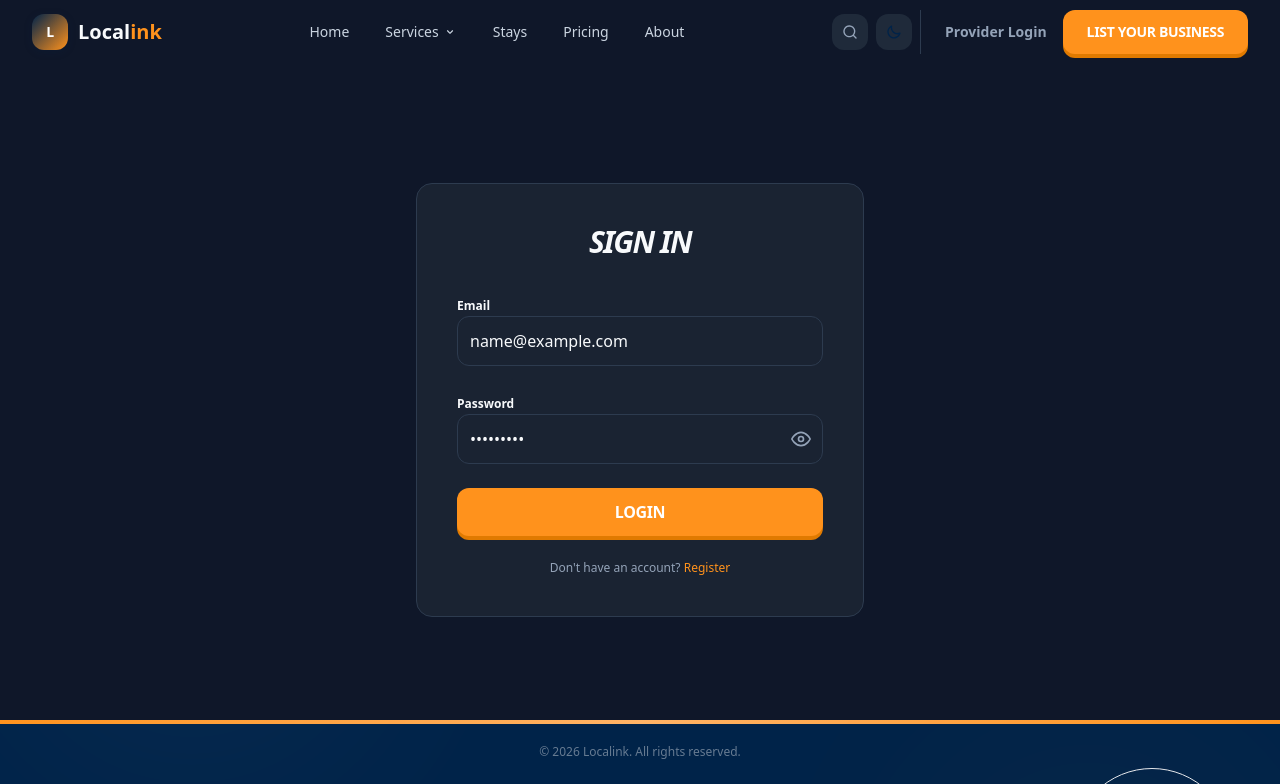
Repository: Paavo12/Localink
Page: frontend/login.html
The author's editor kept a copy of each file at every save. The page is drawn from the files as they stood at one save, then again after the next save.
The browser window is 1280 px wide. The pictures show the whole page.
Empty fields were first filled with sample values (such as "Sample", 5 or name@example.com).
After loading, the first visible `#loginForm` was submitted once.
The page's requests for data from a server got no answer. Some web fonts or font styles are not loaded; a fallback is used. Some web libraries are served in a nearby version.

Above is the page before, as saved 2026-06-25 11:12:54.

### frontend/login.html
<!DOCTYPE html>
<html lang="en" class="dark">
<head>
  <meta charset="UTF-8">
  <meta name="viewport" content="width=device-width, initial-scale=1.0">
  <title>Login – Localink</title>
  <script src="https://cdn.tailwindcss.com"></script>
  <link rel="stylesheet" href="styles.css">
  <!-- Favicon -->
<link rel="icon" type="image/svg+xml" href="/favicon.svg">
<link rel="alternate icon" href="/favicon.ico">
<link rel="apple-touch-icon" href="/apple-touch-icon.png">
  <link rel="stylesheet" href="https://fonts.googleapis.com/css2?family=General+Sans:ital,wght@0,200..700;1,200..700&display=swap">
  <script src="script.js" defer></script>
</head>
<body class="font-body antialiased bg-[var(--background)] text-[var(--foreground)]">

  <!-- ======== NAVBAR ======== -->
  <header class="fixed top-0 left-0 right-0 z-50 transition-all duration-300 bg-transparent">
    <div class="mx-auto w-full px-4 sm:px-6 lg:px-8 max-w-7xl">
      <nav class="flex items-center justify-between h-16 md:h-18">
        <a href="index.html" class="flex items-center gap-2.5 group">
          <div class="relative w-9 h-9 rounded-xl bg-gradient-to-br from-[var(--navy)] to-[var(--orange)] flex items-center justify-center overflow-hidden shadow-[0_2px_8px_rgba(0,35,73,0.2)] group-hover:shadow-[0_4px_16px_rgba(255,146,28,0.3)] transition-shadow duration-500">
            <span class="text-white font-display font-bold text-sm relative z-10 tracking-tight">L</span>
            <div class="absolute inset-0 bg-gradient-to-br from-[var(--orange)] to-[var(--navy)] opacity-0 group-hover:opacity-100 transition-opacity duration-500"></div>
          </div>
          <span class="font-display font-bold text-xl text-[var(--foreground)] hidden sm:block">Local<span class="text-[var(--orange)] group-hover:text-[var(--orange-dark)] transition-colors">ink</span></span>
        </a>
        <div class="hidden lg:flex items-center gap-1">
          <a href="index.html" class="relative px-4 py-2 text-sm font-medium rounded-lg transition-colors flex items-center gap-1 text-[var(--foreground-secondary)] hover:text-[var(--foreground)]">Home</a>
          <div class="relative" id="servicesDropdown">
            <button id="servicesDropdownBtn" class="relative px-4 py-2 text-sm font-medium rounded-lg transition-colors flex items-center gap-1 text-[var(--foreground-secondary)] hover:text-[var(--foreground)] focus:outline-none">
              Services
              <svg xmlns="http://www.w3.org/2000/svg" width="14" height="14" viewBox="0 0 24 24" fill="currentColor" class="transition-transform duration-200" id="servicesDropdownArrow">
                <path d="M17,9.17a1,1,0,0,0-1.41,0L12,12.71,8.46,9.17a1,1,0,0,0-1.41,0,1,1,0,0,0,0,1.42l4.24,4.24a1,1,0,0,0,1.42,0L17,10.59A1,1,0,0,0,17,9.17Z" />
              </svg>
            </button>
            <div id="servicesDropdownMenu" class="absolute left-0 mt-1 w-56 bg-[var(--background-secondary)] rounded-xl border border-[var(--border)] shadow-lg hidden z-50 py-2">
              <a href="search.html?category=Salons" class="block px-4 py-2 text-sm text-[var(--foreground-secondary)] hover:bg-[var(--background-tertiary)] transition-colors">Salons &amp; Beauty</a>
              <a href="search.html?category=Cleaning" class="block px-4 py-2 text-sm text-[var(--foreground-secondary)] hover:bg-[var(--background-tertiary)] transition-colors">Cleaning</a>
              <a href="search.html?category=Car Rental" class="block px-4 py-2 text-sm text-[var(--foreground-secondary)] hover:bg-[var(--background-tertiary)] transition-colors">Car Rentals</a>
              <a href="accommodation.html" class="block px-4 py-2 text-sm text-[var(--foreground-secondary)] hover:bg-[var(--background-tertiary)] transition-colors">Accommodation</a>
              <a href="search.html?category=Plumbing" class="block px-4 py-2 text-sm text-[var(--foreground-secondary)] hover:bg-[var(--background-tertiary)] transition-colors">Plumbing</a>
              <a href="search.html?category=Electrician" class="block px-4 py-2 text-sm text-[var(--foreground-secondary)] hover:bg-[var(--background-tertiary)] transition-colors">Electrical</a>
              <a href="search.html?category=Catering" class="block px-4 py-2 text-sm text-[var(--foreground-secondary)] hover:bg-[var(--background-tertiary)] transition-colors">Catering</a>
              <a href="search.html?category=Events" class="block px-4 py-2 text-sm text-[var(--foreground-secondary)] hover:bg-[var(--background-tertiary)] transition-colors">Events</a>
              <a href="search.html?category=Home Repairs" class="block px-4 py-2 text-sm text-[var(--foreground-secondary)] hover:bg-[var(--background-tertiary)] transition-colors">Home Repairs</a>
              <a href="search.html?category=Photographer" class="block px-4 py-2 text-sm text-[var(--foreground-secondary)] hover:bg-[var(--background-tertiary)] transition-colors">Photographer</a>
            </div>
          </div>
          <a href="accommodation.html" class="relative px-4 py-2 text-sm font-medium rounded-lg transition-colors flex items-center gap-1 text-[var(--foreground-secondary)] hover:text-[var(--foreground)]">Stays</a>
          <a href="pricing.html" class="relative px-4 py-2 text-sm font-medium rounded-lg transition-colors flex items-center gap-1 text-[var(--foreground-secondary)] hover:text-[var(--foreground)]">Pricing</a>
          <a href="about.html" class="relative px-4 py-2 text-sm font-medium rounded-lg transition-colors flex items-center gap-1 text-[var(--foreground-secondary)] hover:text-[var(--foreground)]">About</a>
        </div>
        <div class="flex items-center gap-2">
          <a href="search.html" class="w-9 h-9 rounded-xl bg-[var(--background-tertiary)] hover:bg-[var(--border)] flex items-center justify-center transition-colors duration-200" aria-label="Search">
            <svg xmlns="http://www.w3.org/2000/svg" width="16" height="16" viewBox="0 0 24 24" fill="currentColor" class="text-[var(--foreground-muted)]">
              <path d="M21.71,20.29,18,16.61A9,9,0,1,0,16.61,18l3.68,3.68a1,1,0,0,0,1.42,0A1,1,0,0,0,21.71,20.29ZM11,18a7,7,0,1,1,7-7A7,7,0,0,1,11,18Z" />
            </svg>
          </a>
          <button id="themeToggle" class="relative w-9 h-9 rounded-xl bg-[var(--background-tertiary)] hover:bg-[var(--border)] flex items-center justify-center transition-colors duration-200 focus-visible:ring-2 focus-visible:ring-[var(--orange)] focus-visible:ring-offset-2" aria-label="Switch theme">
            <svg xmlns="http://www.w3.org/2000/svg" width="16" height="16" viewBox="0 0 24 24" fill="currentColor" class="text-[var(--navy)] dark:text-white">
              <path d="M21.64,13a1,1,0,0,0-1.05-.14,8.05,8.05,0,0,1-3.37.73A8.15,8.15,0,0,1,9.08,5.49a8.59,8.59,0,0,1,.25-2A1,1,0,0,0,8,2.36,10.14,10.14,0,1,0,22,14.05,1,1,0,0,0,21.64,13Zm-9.5,6.69A8.14,8.14,0,0,1,7.08,5.22v.27A10.15,10.15,0,0,0,17.22,15.63a9.79,9.79,0,0,0,2.1-.22A8.11,8.11,0,0,1,12.14,19.73Z" />
            </svg>
          </button>
          <div id="authButtons" class="flex items-center gap-4 border-l border-[var(--border)] pl-6">
            <div id="loggedOutNav" class="flex items-center gap-4">
              <a href="login.html" class="text-sm font-bold text-[var(--foreground-muted)] hover:text-[var(--foreground)] transition-colors">Provider Login</a>
              <a href="register-provider.html" class="btn-primary text-sm">List Your Business</a>
            </div>
            <div id="loggedInNav" class="flex items-center gap-4 hidden">
              <a href="dashboard.html" class="btn-secondary text-sm">Dashboard</a>
              <button id="logoutNavBtn" class="text-sm font-bold text-red-500 hover:text-red-700 transition-colors">Logout</button>
            </div>
          </div>
          <button id="mobileMenuBtn" class="lg:hidden w-9 h-9 rounded-xl bg-[var(--background-tertiary)] hover:bg-[var(--border)] flex items-center justify-center transition-colors" aria-label="Toggle menu">
            <svg xmlns="http://www.w3.org/2000/svg" width="16" height="16" viewBox="0 0 24 24" fill="currentColor">
              <path d="M3,8H21a1,1,0,0,0,0-2H3A1,1,0,0,0,3,8Zm18,8H3a1,1,0,0,0,0,2H21a1,1,0,0,0,0-2Zm0-5H3a1,1,0,0,0,0,2H21a1,1,0,0,0,0-2Z" />
            </svg>
          </button>
        </div>
      </nav>
    </div>
    <div id="mobileMenu" class="hidden md:hidden bg-[var(--background-secondary)] border-t border-[var(--border)] px-4 py-4 space-y-2">
      <a href="index.html" class="block text-sm font-medium text-[var(--foreground-secondary)] hover:text-[var(--foreground)]">Home</a>
      <a href="search.html" class="block text-sm font-medium text-[var(--foreground-secondary)] hover:text-[var(--foreground)]">Services</a>
      <a href="accommodation.html" class="block text-sm font-medium text-[var(--foreground-secondary)] hover:text-[var(--foreground)]">Stays</a>
      <a href="pricing.html" class="block text-sm font-medium text-[var(--foreground-secondary)] hover:text-[var(--foreground)]">Pricing</a>
      <a href="about.html" class="block text-sm font-medium text-[var(--foreground-secondary)] hover:text-[var(--foreground)]">About</a>
      <hr class="border-[var(--border)]" />
      <a href="login.html" class="block text-sm font-medium text-[var(--foreground-secondary)] hover:text-[var(--foreground)]">Provider Login</a>
      <a href="register-provider.html" class="block btn-primary text-center text-sm">List Your Business</a>
    </div>
  </header>

  <!-- ======== LOGIN FORM WITH SHOW/HIDE PASSWORD ======== -->
  <div class="min-h-screen flex items-center justify-center px-4 pt-20">
    <div class="bg-[var(--card-bg)] rounded-2xl border border-[var(--border)] p-6 sm:p-10 w-full max-w-md max-h-[90vh] overflow-y-auto">
      <h1 class="text-2xl sm:text-3xl font-black uppercase italic tracking-tighter text-center mb-8">Sign In</h1>
      <form id="loginForm" class="space-y-6">
        <div>
          <label class="text-xs font-black">Email</label>
          <input type="email" id="email" class="w-full bg-[var(--input-bg)] border rounded-xl p-3 text-[var(--foreground)] border-[var(--border)] focus:outline-none focus:border-[var(--orange)] min-h-[48px]" placeholder="Enter your email">
        </div>
        <div>
          <label class="text-xs font-black">Password</label>
          <div class="relative">
            <input type="password" id="password" class="w-full bg-[var(--input-bg)] border rounded-xl p-3 text-[var(--foreground)] border-[var(--border)] focus:outline-none focus:border-[var(--orange)] min-h-[48px] pr-12" placeholder="Enter your password">
            <button type="button" id="togglePassword" class="absolute right-3 top-1/2 -translate-y-1/2 text-[var(--foreground-muted)] hover:text-[var(--foreground)] transition-colors focus:outline-none" aria-label="Toggle password visibility">
              <!-- Eye icon (closed by default because password input is hidden) -->
              <svg id="eyeIcon" xmlns="http://www.w3.org/2000/svg" width="20" height="20" viewBox="0 0 24 24" fill="none" stroke="currentColor" stroke-width="2" stroke-linecap="round" stroke-linejoin="round">
                <path d="M1 12s4-8 11-8 11 8 11 8-4 8-11 8-11-8-11-8z"></path>
                <circle cx="12" cy="12" r="3"></circle>
              </svg>
            </button>
          </div>
        </div>
        <button type="submit" class="w-full btn-primary min-h-[48px] flex items-center justify-center">Login</button>
      </form>
      <p class="text-center text-xs mt-6 text-[var(--foreground-muted)]">
        Don't have an account? <a href="register.html" class="text-[var(--orange)] hover:underline">Register</a>
      </p>
    </div>
  </div>

  <footer class="relative bg-[var(--navy)] text-white overflow-hidden">
    <div class="absolute top-0 left-0 right-0 h-1 bg-gradient-to-r from-[var(--orange)] via-[var(--orange-light)] to-[var(--orange)]"></div>
    <div class="absolute inset-0 opacity-[0.03]">
      <div class="absolute top-0 right-0 w-96 h-96 rounded-full bg-[var(--orange)] blur-[120px]"></div>
      <div class="absolute bottom-0 left-0 w-96 h-96 rounded-full bg-white blur-[120px]"></div>
    </div>
    <div class="absolute top-12 right-12 w-40 h-40 border border-white/4 rounded-full"></div>
    <div class="absolute top-16 right-16 w-32 h-32 border border-white/4 rounded-full"></div>
    <div class="text-center py-6 text-white/40 text-xs">
      © 2026 Localink. All rights reserved.
    </div>
  </footer>

  <script>
    document.addEventListener('DOMContentLoaded', function() {
      // Mobile menu toggle
      const mobileBtn = document.getElementById('mobileMenuBtn');
      const mobileMenu = document.getElementById('mobileMenu');
      if (mobileBtn && mobileMenu) {
        mobileBtn.addEventListener('click', function(e) {
          e.stopPropagation();
          mobileMenu.classList.toggle('hidden');
        });
        document.addEventListener('click', function(e) {
          if (!mobileMenu.contains(e.target) && !mobileBtn.contains(e.target)) {
            mobileMenu.classList.add('hidden');
          }
        });
      }

      // Services dropdown toggle
      const dropdownBtn = document.getElementById('servicesDropdownBtn');
      const dropdownMenu = document.getElementById('servicesDropdownMenu');
      const arrow = document.getElementById('servicesDropdownArrow');
      if (dropdownBtn && dropdownMenu) {
        dropdownBtn.addEventListener('click', function(e) {
          e.stopPropagation();
          dropdownMenu.classList.toggle('hidden');
          arrow.classList.toggle('rotate-180');
        });
        document.addEventListener('click', function(e) {
          if (!dropdownBtn.contains(e.target) && !dropdownMenu.contains(e.target)) {
            dropdownMenu.classList.add('hidden');
            arrow.classList.remove('rotate-180');
          }
        });
        dropdownMenu.querySelectorAll('a').forEach(function(link) {
          link.addEventListener('click', function() {
            dropdownMenu.classList.add('hidden');
            arrow.classList.remove('rotate-180');
          });
        });
      }

      // Login handler
      const form = document.getElementById('loginForm');
      if (form) {
        form.addEventListener('submit', async function(e) {
          e.preventDefault();
          const email = document.getElementById('email').value.trim();
          const password = document.getElementById('password').value.trim();
          if (!email || !password) {
            alert('Please fill in both fields.');
            return;
          }
          if (typeof login !== 'function') {
            alert('Login function not loaded. Please refresh and try again.');
            return;
          }
          try {
            const success = await login(email, password);
            if (success) {
              const role = localStorage.getItem('userRole');
              if (role === 'admin') {
                window.location.href = 'admin.html';
              } else {
                window.location.href = 'index.html';
              }
            }
          } catch (err) {
            alert('Login error: ' + err.message);
          }
        });
      }

      // ========== PASSWORD VISIBILITY TOGGLE ==========
      const togglePassword = document.getElementById('togglePassword');
      const passwordInput = document.getElementById('password');
      const eyeIcon = document.getElementById('eyeIcon');

      if (togglePassword && passwordInput) {
        togglePassword.addEventListener('click', function() {
          // Toggle the type attribute
          const type = passwordInput.getAttribute('type') === 'password' ? 'text' : 'password';
          passwordInput.setAttribute('type', type);

          // Toggle the icon
          if (type === 'text') {
            // Password is visible – show eye with slash
            eyeIcon.innerHTML = `
              <path d="M17.94 17.94A10.07 10.07 0 0 1 12 20c-7 0-11-8-11-8a18.45 18.45 0 0 1 5.06-5.94M9.9 4.24A9.12 9.12 0 0 1 12 4c7 0 11 8 11 8a18.5 18.5 0 0 1-2.16 3.19m-6.72-1.07a3 3 0 1 1-4.24-4.24"></path>
              <line x1="1" y1="1" x2="23" y2="23"></line>
            `;
          } else {
            // Password is hidden – show open eye
            eyeIcon.innerHTML = `
              <path d="M1 12s4-8 11-8 11 8 11 8-4 8-11 8-11-8-11-8z"></path>
              <circle cx="12" cy="12" r="3"></circle>
            `;
          }
        });
      }
    });
  </script>
</body>
</html>

Loaded but not shown: frontend/script.js (1607 lines, source omitted); frontend/styles.css (426 lines, source omitted)

After the next save:
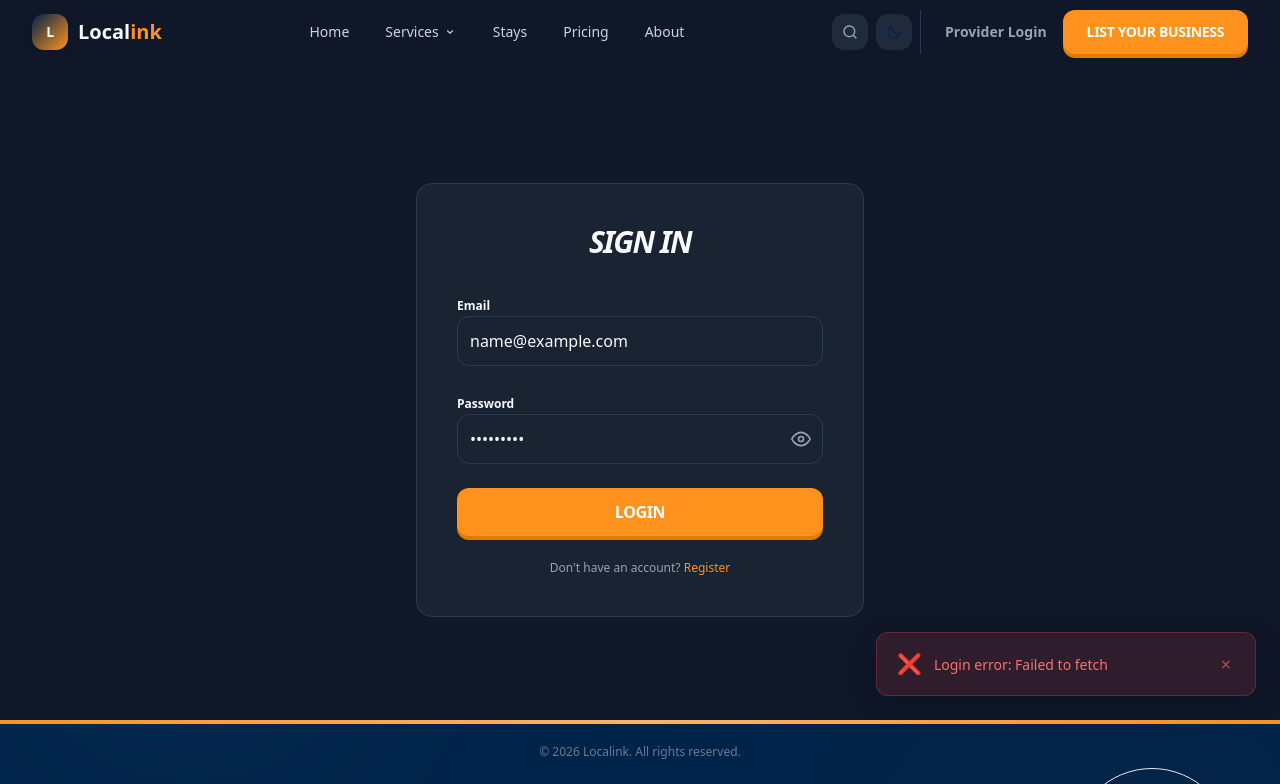
Saved 3 min 49 s later.
--- a/frontend/login.html
+++ b/frontend/login.html
@@ -6,11 +6,11 @@
   <title>Login – Localink</title>
   <script src="https://cdn.tailwindcss.com"></script>
   <link rel="stylesheet" href="styles.css">
+  <link rel="stylesheet" href="https://fonts.googleapis.com/css2?family=General+Sans:ital,wght@0,200..700;1,200..700&display=swap">
   <!-- Favicon -->
-<link rel="icon" type="image/svg+xml" href="/favicon.svg">
-<link rel="alternate icon" href="/favicon.ico">
-<link rel="apple-touch-icon" href="/apple-touch-icon.png">
-  <link rel="stylesheet" href="https://fonts.googleapis.com/css2?family=General+Sans:ital,wght@0,200..700;1,200..700&display=swap">
+  <link rel="icon" type="image/svg+xml" href="/favicon.svg">
+  <link rel="alternate icon" href="/favicon.ico">
+  <link rel="apple-touch-icon" href="/apple-touch-icon.png">
   <script src="script.js" defer></script>
 </head>
 <body class="font-body antialiased bg-[var(--background)] text-[var(--foreground)]">
@@ -68,10 +68,7 @@
               <a href="login.html" class="text-sm font-bold text-[var(--foreground-muted)] hover:text-[var(--foreground)] transition-colors">Provider Login</a>
               <a href="register-provider.html" class="btn-primary text-sm">List Your Business</a>
             </div>
-            <div id="loggedInNav" class="flex items-center gap-4 hidden">
-              <a href="dashboard.html" class="btn-secondary text-sm">Dashboard</a>
-              <button id="logoutNavBtn" class="text-sm font-bold text-red-500 hover:text-red-700 transition-colors">Logout</button>
-            </div>
+            <!-- LoggedInNav REMOVED – no logout button on login page -->
           </div>
           <button id="mobileMenuBtn" class="lg:hidden w-9 h-9 rounded-xl bg-[var(--background-tertiary)] hover:bg-[var(--border)] flex items-center justify-center transition-colors" aria-label="Toggle menu">
             <svg xmlns="http://www.w3.org/2000/svg" width="16" height="16" viewBox="0 0 24 24" fill="currentColor">
@@ -93,7 +90,7 @@
     </div>
   </header>
 
-  <!-- ======== LOGIN FORM WITH SHOW/HIDE PASSWORD ======== -->
+  <!-- ======== LOGIN FORM ======== -->
   <div class="min-h-screen flex items-center justify-center px-4 pt-20">
     <div class="bg-[var(--card-bg)] rounded-2xl border border-[var(--border)] p-6 sm:p-10 w-full max-w-md max-h-[90vh] overflow-y-auto">
       <h1 class="text-2xl sm:text-3xl font-black uppercase italic tracking-tighter text-center mb-8">Sign In</h1>
@@ -107,7 +104,6 @@
           <div class="relative">
             <input type="password" id="password" class="w-full bg-[var(--input-bg)] border rounded-xl p-3 text-[var(--foreground)] border-[var(--border)] focus:outline-none focus:border-[var(--orange)] min-h-[48px] pr-12" placeholder="Enter your password">
             <button type="button" id="togglePassword" class="absolute right-3 top-1/2 -translate-y-1/2 text-[var(--foreground-muted)] hover:text-[var(--foreground)] transition-colors focus:outline-none" aria-label="Toggle password visibility">
-              <!-- Eye icon (closed by default because password input is hidden) -->
               <svg id="eyeIcon" xmlns="http://www.w3.org/2000/svg" width="20" height="20" viewBox="0 0 24 24" fill="none" stroke="currentColor" stroke-width="2" stroke-linecap="round" stroke-linejoin="round">
                 <path d="M1 12s4-8 11-8 11 8 11 8-4 8-11 8-11-8-11-8z"></path>
                 <circle cx="12" cy="12" r="3"></circle>
@@ -185,11 +181,11 @@
           const email = document.getElementById('email').value.trim();
           const password = document.getElementById('password').value.trim();
           if (!email || !password) {
-            alert('Please fill in both fields.');
+            showToast('Please fill in both fields.', 'warning');
             return;
           }
           if (typeof login !== 'function') {
-            alert('Login function not loaded. Please refresh and try again.');
+            showToast('Login function not loaded. Please refresh and try again.', 'error');
             return;
           }
           try {
@@ -203,31 +199,25 @@
               }
             }
           } catch (err) {
-            alert('Login error: ' + err.message);
-          }
-        });
-      }
-
-      // ========== PASSWORD VISIBILITY TOGGLE ==========
+            showToast('Login error: ' + err.message, 'error');
+          }
+        });
+      }
+
+      // Password visibility toggle
       const togglePassword = document.getElementById('togglePassword');
       const passwordInput = document.getElementById('password');
       const eyeIcon = document.getElementById('eyeIcon');
-
       if (togglePassword && passwordInput) {
         togglePassword.addEventListener('click', function() {
-          // Toggle the type attribute
           const type = passwordInput.getAttribute('type') === 'password' ? 'text' : 'password';
           passwordInput.setAttribute('type', type);
-
-          // Toggle the icon
           if (type === 'text') {
-            // Password is visible – show eye with slash
             eyeIcon.innerHTML = `
               <path d="M17.94 17.94A10.07 10.07 0 0 1 12 20c-7 0-11-8-11-8a18.45 18.45 0 0 1 5.06-5.94M9.9 4.24A9.12 9.12 0 0 1 12 4c7 0 11 8 11 8a18.5 18.5 0 0 1-2.16 3.19m-6.72-1.07a3 3 0 1 1-4.24-4.24"></path>
               <line x1="1" y1="1" x2="23" y2="23"></line>
             `;
           } else {
-            // Password is hidden – show open eye
             eyeIcon.innerHTML = `
               <path d="M1 12s4-8 11-8 11 8 11 8-4 8-11 8-11-8-11-8z"></path>
               <circle cx="12" cy="12" r="3"></circle>
